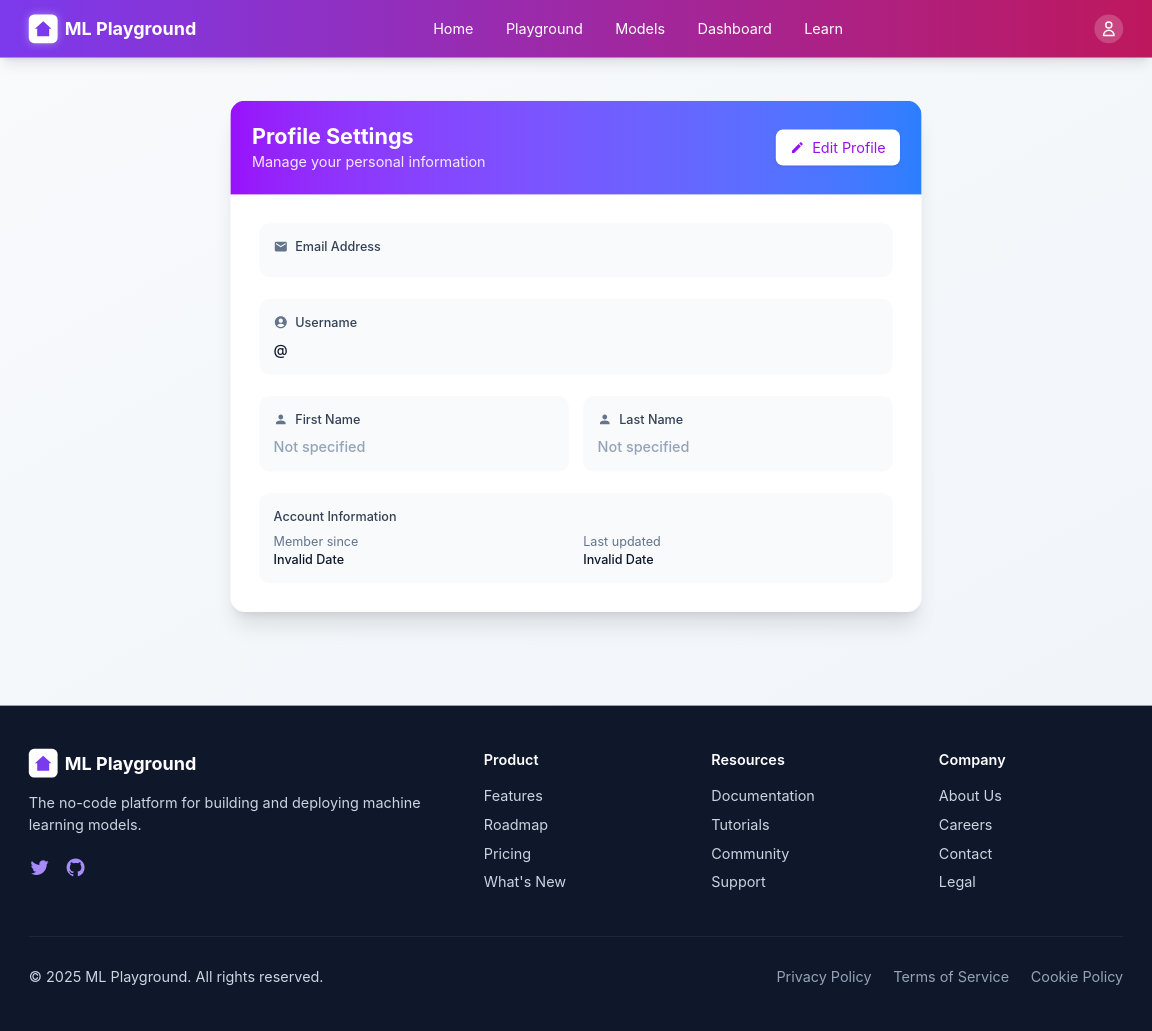
Repository: mdjaved24/ML_Playground
Page: /profile (app in frontend/)
The author's editor kept a copy of each file at every save. The page is drawn from the files as they stood at one save, then again after the next save.
The browser window is 1280 px wide. The pictures show the whole page, at 90% of full size.
The page's requests for data from a server got no answer. The project was rebuilt for these pictures with package versions that can differ from the ones it lists, and the page was loaded fresh each time. No one was signed in, and anything a server would have sent is missing. Also part of the build but not shown: frontend/vite.config.js, frontend/src/pages/Landing Page/LandingPage.jsx, frontend/src/pages/Auth/Login.jsx, frontend/src/modals/ChangePassword.jsx, frontend/src/pages/Homepage/Homepage.jsx, frontend/src/pages/Dashboard/Dashboard.jsx, frontend/src/pages/Auth/Signup.jsx, frontend/src/pages/Auth/ForgotPassword.jsx and 3 more.

Above is the page before, as saved 2025-07-16 11:31:28.

After the next save:
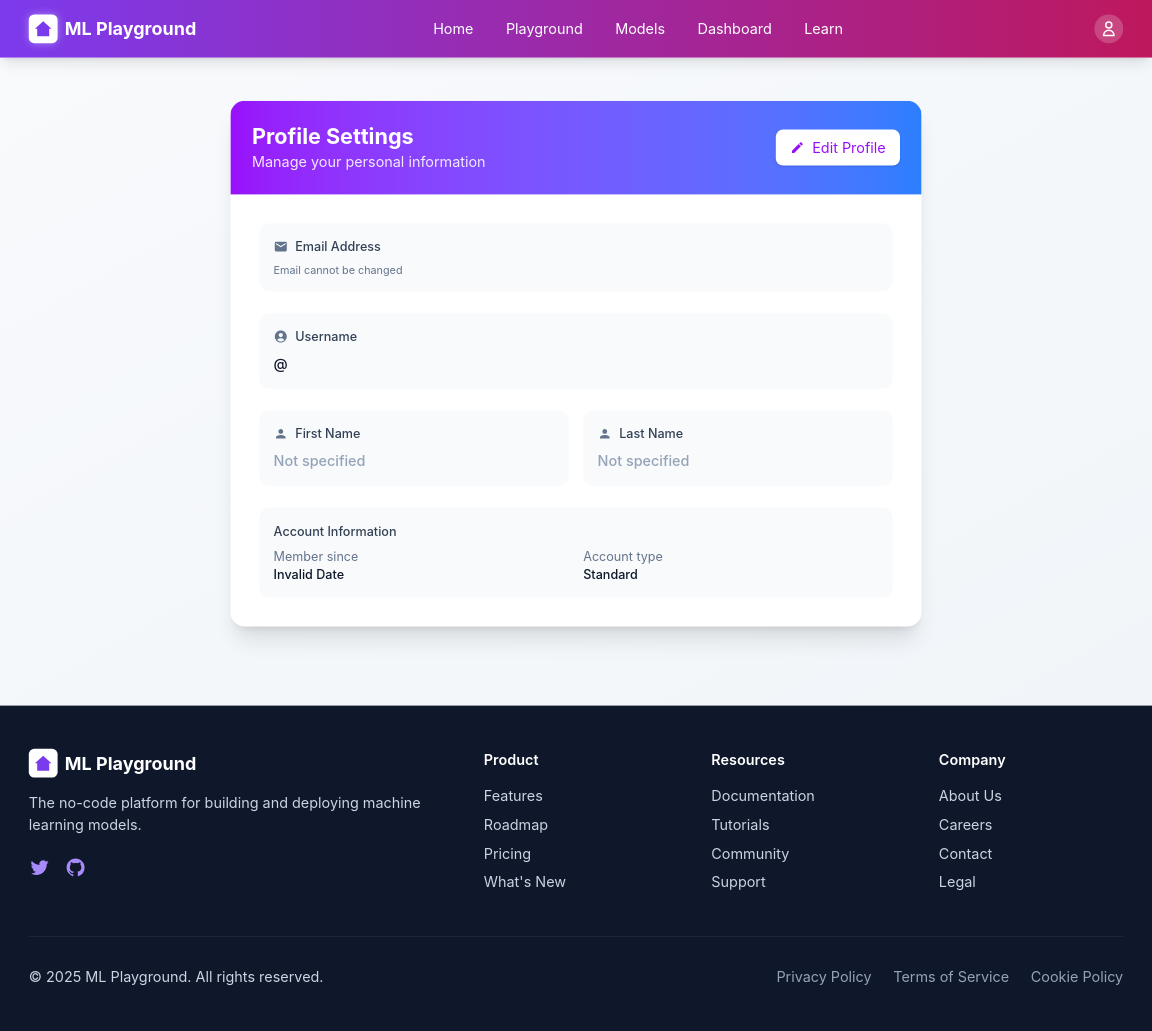
Saved 5 min 50 s later.
--- a/frontend/src/pages/Profile/ProfilePage.jsx
+++ b/frontend/src/pages/Profile/ProfilePage.jsx
@@ -9,7 +9,8 @@ import {
   MdPerson as PersonIcon,
   MdAccountCircle as AccountIcon
 } from 'react-icons/md';
-import { Toaster, toast } from 'sonner';
+import { toast } from 'react-toastify';
+import 'react-toastify/dist/ReactToastify.css';
 
 import Navbar from '../../components/Navbar';
 import Footer from '../../components/Footer';
@@ -19,7 +20,8 @@ const ProfilePage = () => {
     email: '',
     username: '',
     first_name: '',
-    last_name: ''
+    last_name: '',
+    date_joined: ''
   });
   const [editMode, setEditMode] = useState(false);
   const [loading, setLoading] = useState(true);
@@ -57,7 +59,11 @@ const ProfilePage = () => {
 
   const handleSave = async () => {
     try {
-      await axios.put(`${API_URL}/user/profile/`, user, {
+      await axios.put(`${API_URL}/user/profile/`, {
+        first_name: user.first_name,
+        last_name: user.last_name,
+        username: user.username
+      }, {
         headers: {
           'Authorization': `Bearer ${accessToken}`,
           'Content-Type': 'application/json',
@@ -69,7 +75,6 @@ const ProfilePage = () => {
     } catch (error) {
       console.error('Error updating profile:', error);
       toast.error(error.response?.data?.message || 'Failed to update profile');
-      // Revert to original data
       setUser(originalUser);
     }
   };
@@ -96,7 +101,6 @@ const ProfilePage = () => {
 
   return (
     <>
-    <Toaster richColors position="top-right" />
       <Navbar />
       <div className="min-h-screen bg-gradient-to-br from-gray-50 to-gray-100 py-12 px-4 sm:px-6 lg:px-8">
         <div className="max-w-3xl mx-auto">
@@ -111,7 +115,7 @@ const ProfilePage = () => {
                 {!editMode ? (
                   <button
                     onClick={() => setEditMode(true)}
-                    className="flex items-center bg-white text-purple-600 px-4 py-2 hover:cursor-pointer rounded-lg shadow hover:bg-gray-100 transition"
+                    className="flex items-center bg-white text-purple-600 px-4 py-2 rounded-lg shadow hover:bg-gray-100 transition"
                   >
                     <EditIcon className="mr-2" /> Edit Profile
                   </button>
@@ -142,24 +146,9 @@ const ProfilePage = () => {
                   <div className="flex items-center mb-2">
                     <EmailIcon className="text-gray-500 mr-2" />
                     <label className="text-sm font-medium text-gray-700">Email Address</label>
-                    {user.email_verified && (
-                      <span className="ml-2 flex items-center text-sm text-green-600">
-                        <VerifiedIcon className="mr-1" /> Verified
-                      </span>
-                    )}
-                  </div>
-                  {editMode ? (
-                    <input
-                      type="email"
-                      name="email"
-                      value={user.email}
-                      onChange={handleInputChange}
-                      className="w-full bg-white border border-gray-300 rounded-lg px-4 py-2 focus:outline-none focus:ring-2 focus:ring-purple-500 focus:border-transparent"
-                      disabled={user.email_verified} // Don't allow changing verified email
-                    />
-                  ) : (
-                    <p className="text-gray-900 font-medium">{user.email}</p>
-                  )}
+                  </div>
+                  <p className="text-gray-900 font-medium">{user.email}</p>
+                  <p className="text-xs text-gray-500 mt-1">Email cannot be changed</p>
                 </div>
 
                 {/* Username Field */}
@@ -224,20 +213,24 @@ const ProfilePage = () => {
                   </div>
                 </div>
 
-                {/* Additional Info (can be expanded) */}
+                {/* Account Information */}
                 <div className="bg-gray-50 p-4 rounded-xl">
                   <h3 className="text-sm font-medium text-gray-700 mb-2">Account Information</h3>
-                  <div className="grid grid-cols-2 gap-4 text-sm">
+                  <div className="grid grid-cols-1 md:grid-cols-2 gap-4 text-sm">
                     <div>
                       <p className="text-gray-500">Member since</p>
                       <p className="text-gray-900 font-medium">
-                        {new Date(user.date_joined).toLocaleDateString()}
+                        {new Date(user.date_joined).toLocaleDateString('en-US', {
+                          year: 'numeric',
+                          month: 'long',
+                          day: 'numeric'
+                        })}
                       </p>
                     </div>
                     <div>
-                      <p className="text-gray-500">Last updated</p>
-                      <p className="text-gray-900 font-medium">
-                        {new Date(user.last_updated).toLocaleDateString()}
+                      <p className="text-gray-500">Account type</p>
+                      <p className="text-gray-900 font-medium">
+                        {user.is_staff ? 'Admin' : 'Standard'}
                       </p>
                     </div>
                   </div>
